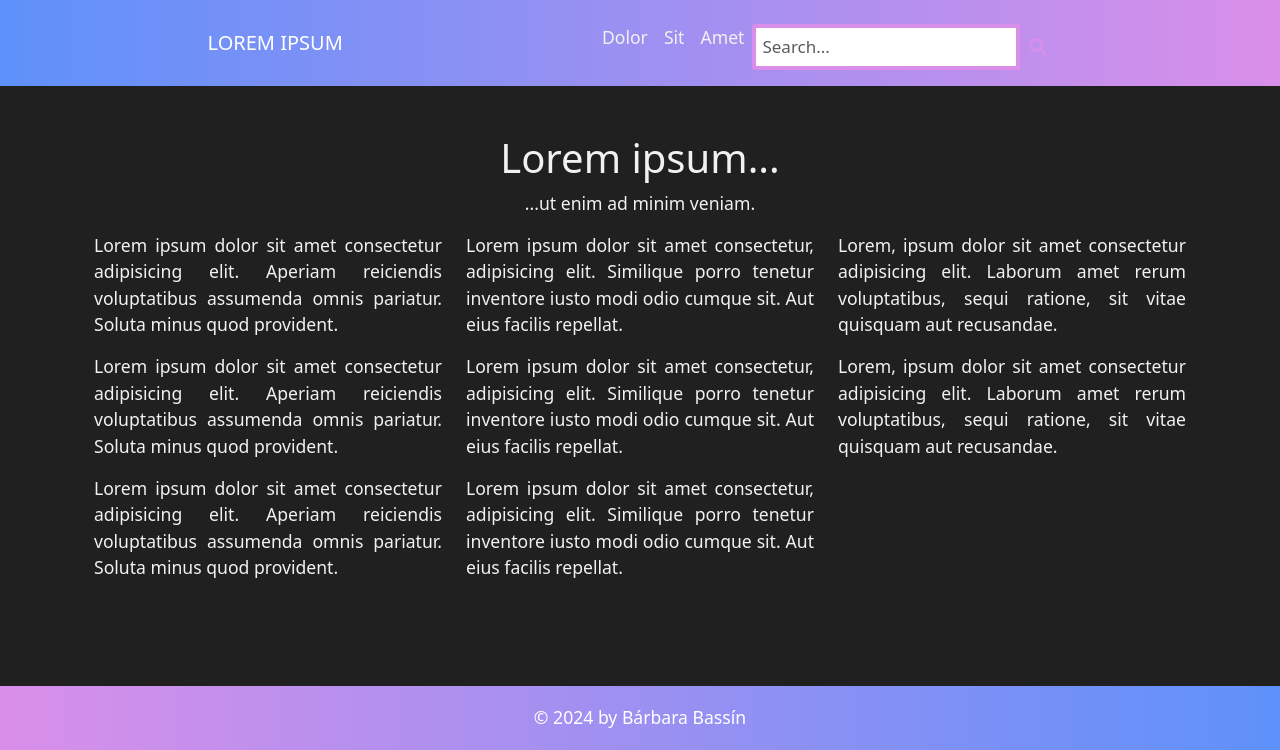
Repository: romancegirl/responsiveness
Page: index.html
The author's editor kept a copy of each file at every save. The page is drawn from the files as they stood at one save, then again after the next save.
The browser window is 1280 px wide. The pictures show the whole page.

Above is the page before, as saved 2024-11-19 20:10:51.

After the next save:
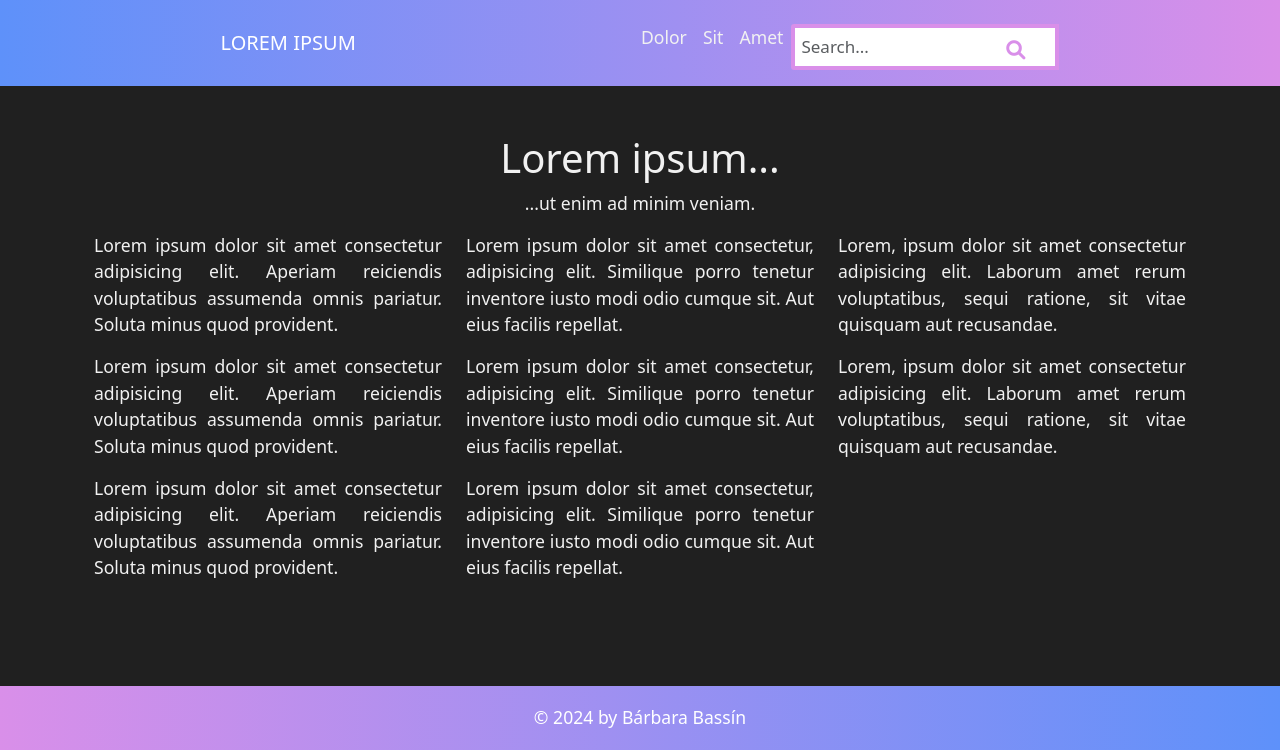
Saved 2 min 39 s later.
--- a/css/header-and-footer.css
+++ b/css/header-and-footer.css
@@ -31,9 +31,50 @@ a.nav-link:hover {
     border-color: #d98fe9;
 }
 
-.navbar .search-container {
-    float: right;
-}
+.search-container {
+    display: flex;
+    justify-content: center;
+    align-items: center;
+    position: relative;
+}
+
+.input-group .form-control {
+    padding-right: 2.5rem;
+    font-size: 17px;
+    border: 0.2rem solid #d98fe9;
+    border-radius: 0.3rem;
+}
+
+.input-group .btn {
+    position: absolute;
+    right: 0.5rem;
+        top: 50%;
+    transform: translateY(-50%);
+    background-color: transparent;
+    border: none;
+    padding: 0;
+    cursor: pointer;
+}
+
+/* Ícono dentro del botón */
+.input-group .btn .fa-search {
+    color: #d98fe9;
+    font-size: 1.2rem;
+}
+
+.input-group .btn:hover .fa-search {
+    color: #5E91FA;
+}
+
+
+
+
+
+
+
+
+
+
 
 .navbar .search-container button {
     float: right;
@@ -49,13 +90,7 @@ a.nav-link:hover {
     color: #5E91FA;
 }
 
-.fa-search {
-    color: #d98fe9;
-}
-
-button {
-    background-color: transparent;
-}
+
 
 /* navbar-toggle */
 
